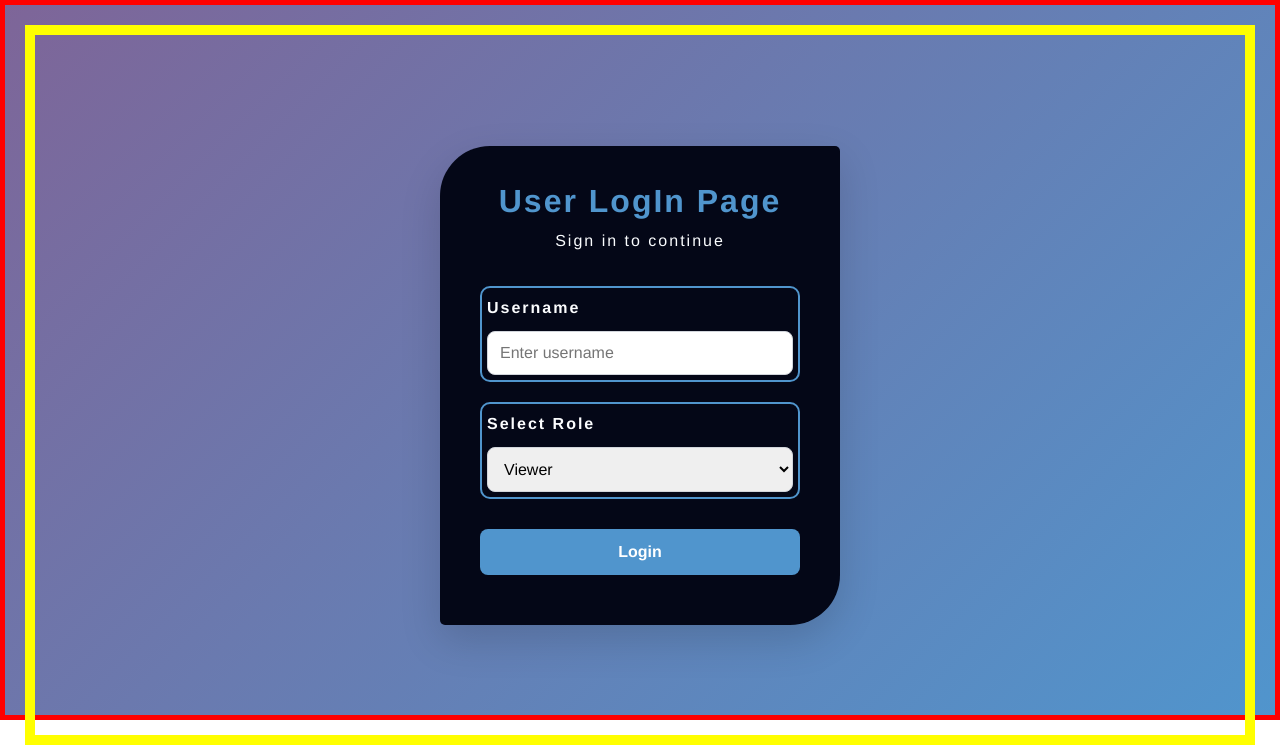
Repository: SolomonChinonso/myUserDashboard
Page: / (app in my-user-dashboard-app/)
An editor plug-in stored every save of this project. The page is shown before and after the next save, followed by the edit.
The browser window is 1280 px wide. The pictures show the whole page.
The project was rebuilt for these pictures with package versions that can differ from the ones it lists, and the page was loaded fresh each time. Also part of the build but not shown: my-user-dashboard-app/vite.config.ts, my-user-dashboard-app/src/App.css, my-user-dashboard-app/src/pages/global.css, my-user-dashboard-app/src/pages/Dashboard.tsx, my-user-dashboard-app/src/pages/Profile.tsx, my-user-dashboard-app/src/pages/Settings.tsx, my-user-dashboard-app/src/components/Navbar.tsx, my-user-dashboard-app/src/components/ProtectedRoute.tsx.

Above is the page before, as saved 2026-05-31 14:39:52.

After the next save:
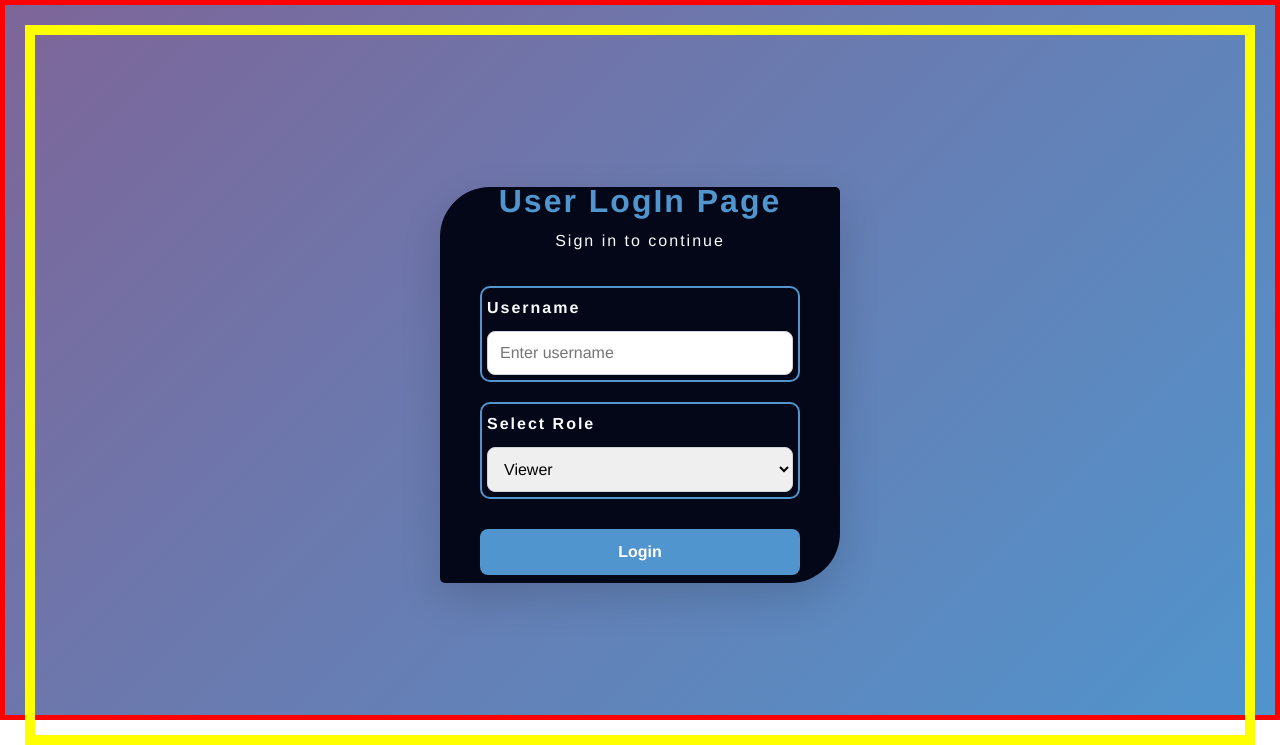
Saved 49 s later.
--- a/my-user-dashboard-app/src/pages/Login.css
+++ b/my-user-dashboard-app/src/pages/Login.css
@@ -1,6 +1,6 @@
 /* Full page layout */
 .login-page {
-  min-height: 100vh;
+  height: 100vh;
   display: flex;
   justify-content: center;
   align-items: center;

After the save that followed:
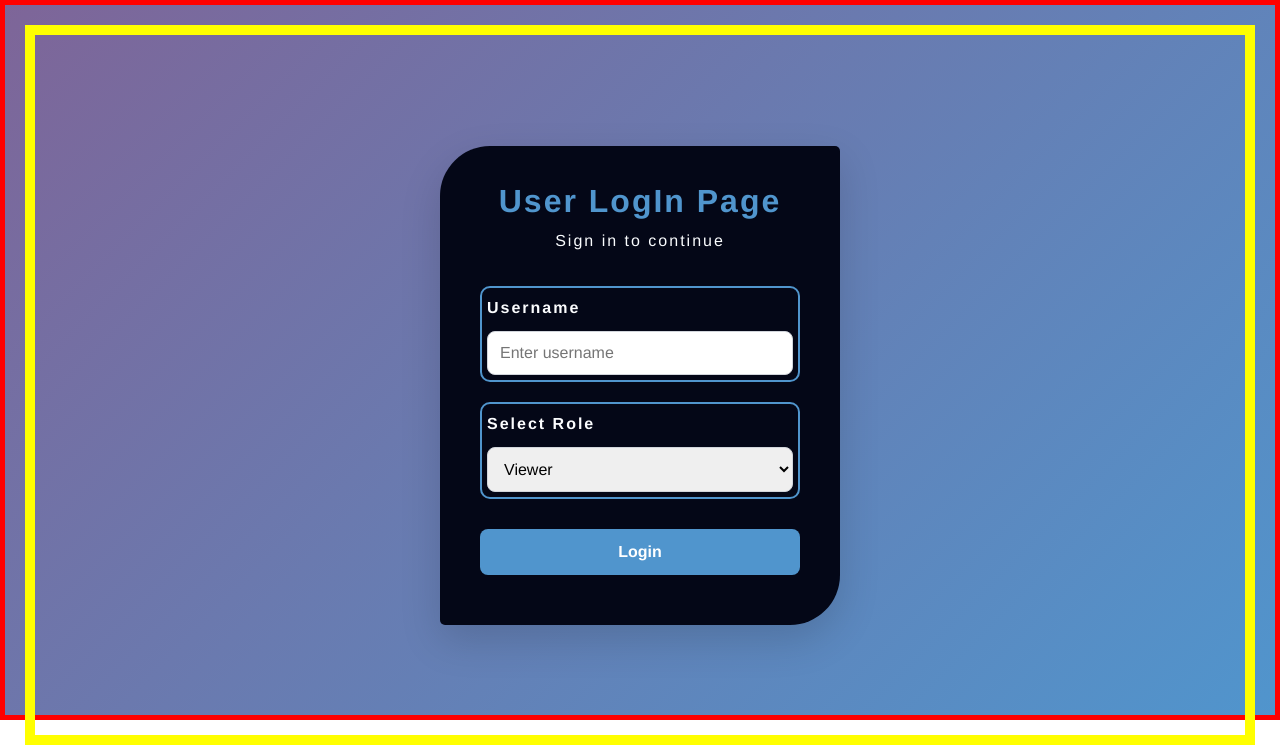
Saved 7 s later.
--- a/my-user-dashboard-app/src/pages/Login.css
+++ b/my-user-dashboard-app/src/pages/Login.css
@@ -1,6 +1,6 @@
 /* Full page layout */
 .login-page {
-  height: 100vh;
+  min-height: 100vh;
   display: flex;
   justify-content: center;
   align-items: center;
